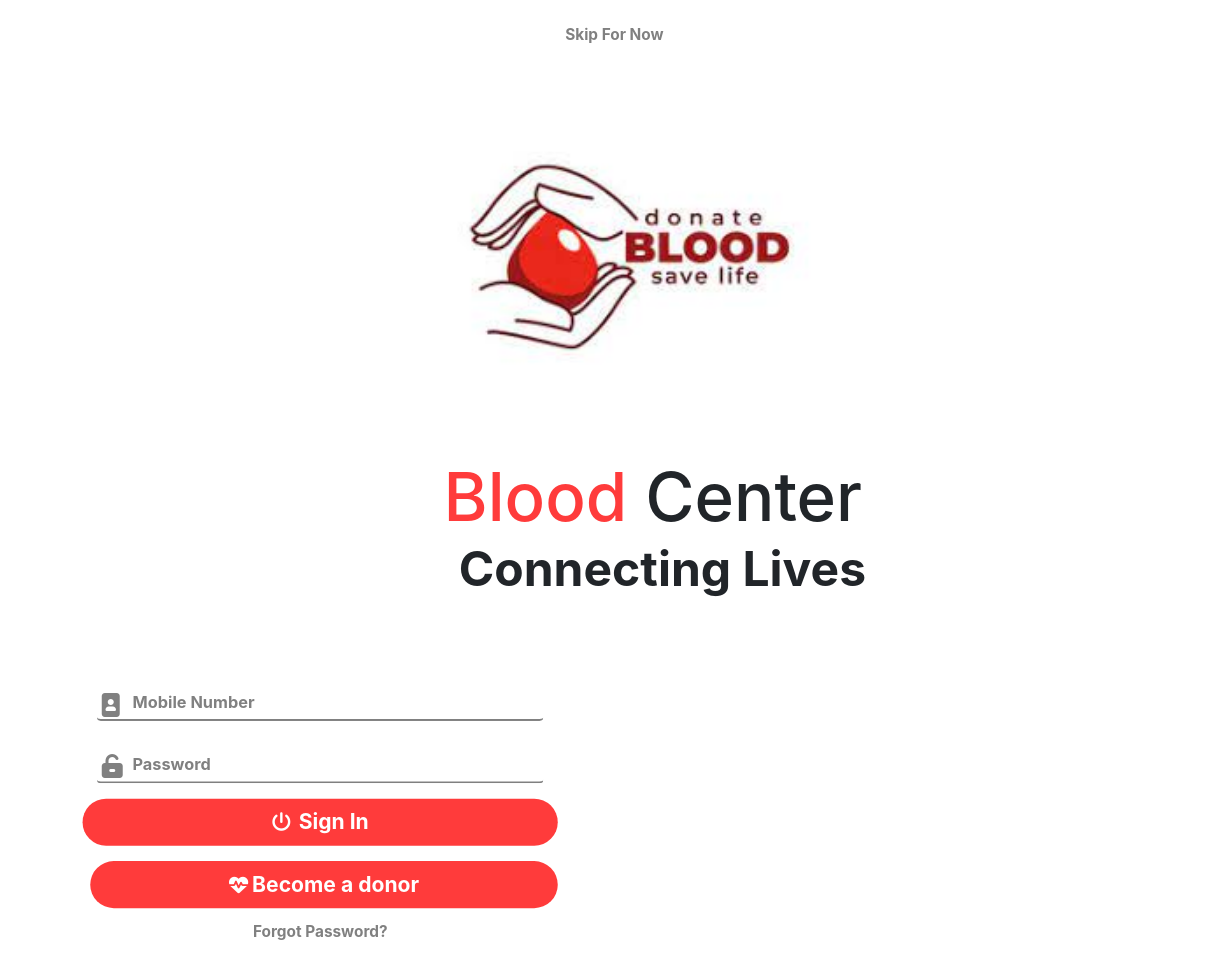
Repository: syedali042/jbds
Page: /
An editor plug-in stored every save of this project. The page is shown before and after the next save, followed by the edit.
The browser window is 1280 px wide. The pictures show the whole page, at 96% of full size.
Some web libraries are served in a nearby version. The project was rebuilt for these pictures with package versions that can differ from the ones it lists, and the page was loaded fresh each time. Also part of the build but not shown: src/components/Header.js, src/components/About.js, src/components/Register.js, src/components/Header2.js, src/components/Home.js, src/components/Header4.js, src/components/Request.js, src/components/Header3.js and 1 more.

Above is the page before, as saved 2021-11-09 20:45:26.

After the next save:
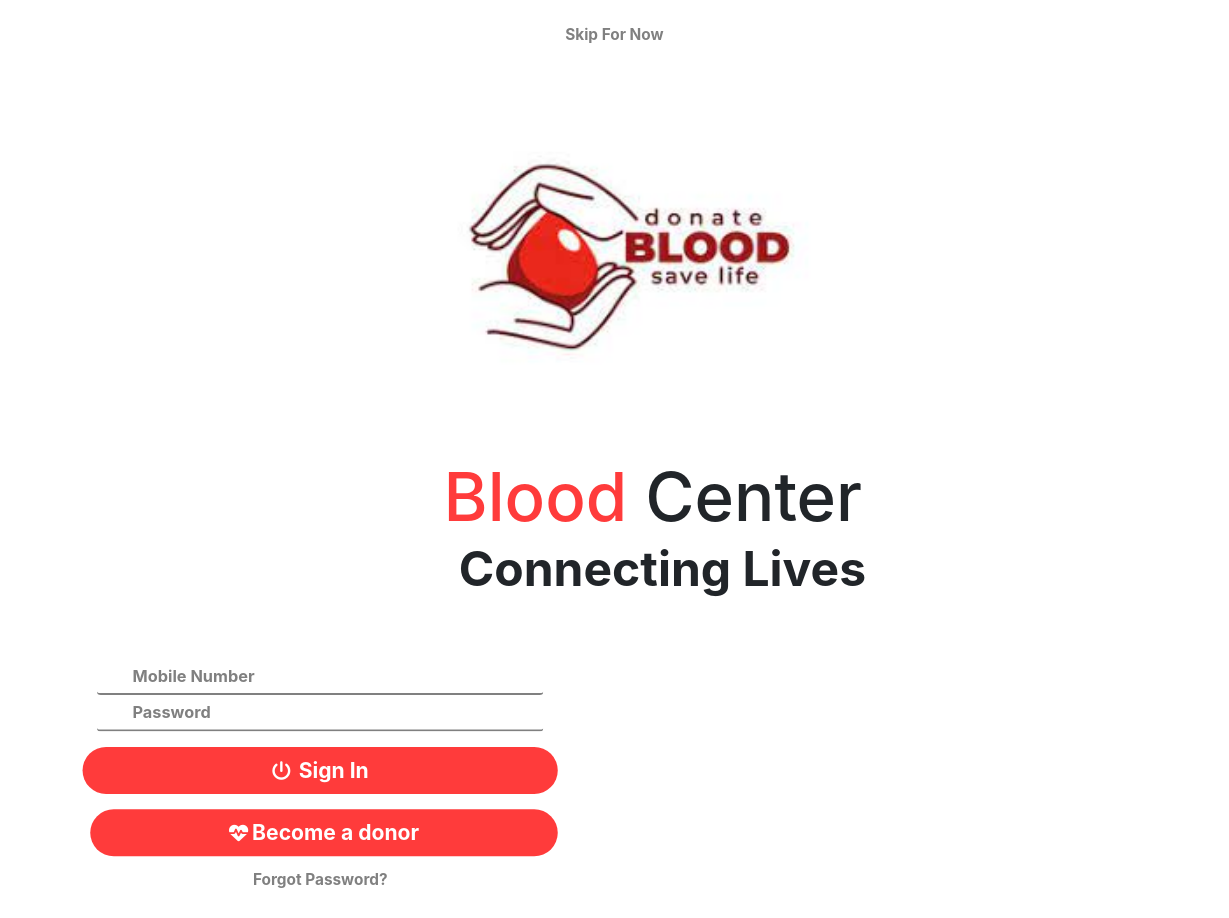
Saved 23 s later.
--- a/src/components/Login.js
+++ b/src/components/Login.js
@@ -51,7 +51,7 @@ function Login() {
                                 /* and other goodies */
                             }) => (
                             <form onSubmit={handleSubmit} className="formik">
-                                <i className="fas fa-portrait"></i>
+                                {/* <i className="fas fa-portrait"></i> */}
                                     <input
                                     type="email" className="placehorder form-control em"
                                         name="email"
@@ -63,7 +63,7 @@ function Login() {
                                     />
 
                                     {errors.email && touched.email && errors.email}
-                                <i className="fas fa-unlock-alt"></i>
+                                {/* <i className="fas fa-unlock-alt"></i> */}
                                     <input
                                     type="password" className="placehorder form-control pass"
                                         name="password"
